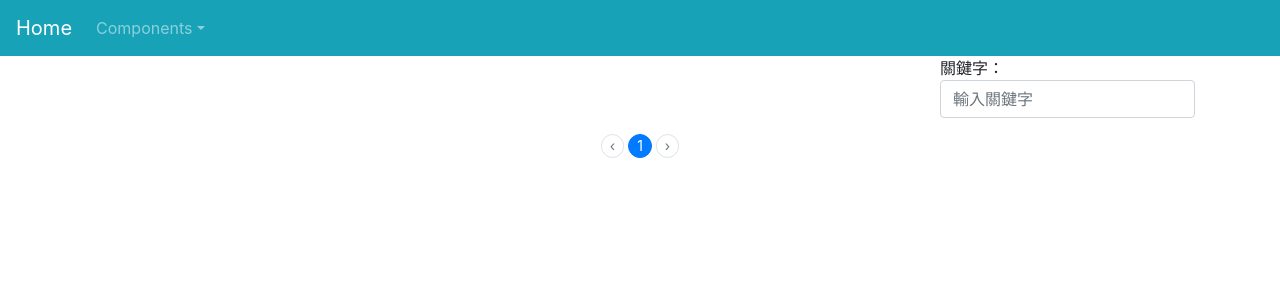
Repository: iian0910/bootstrapVue-demo
Page: /#/tablePagination
The author's editor kept a copy of each file at every save. The page is drawn from the files as they stood at one save, then again after the next save.
The browser window is 1280 px wide. The pictures show the whole page.
The page's requests for data from a server got no answer. The project was rebuilt for these pictures with package versions that can differ from the ones it lists, and the page was loaded fresh each time. No one was signed in, and anything a server would have sent is missing.

Above is the page before, as saved 2021-04-26 14:49:16.

After the next save:
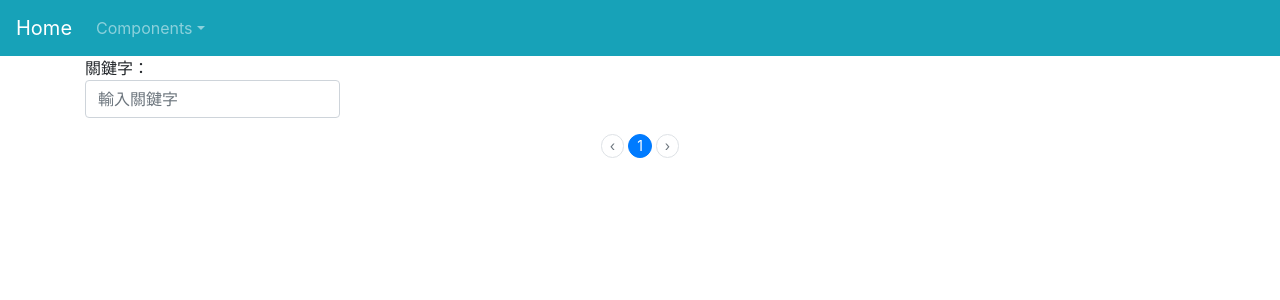
Saved 79 s later.
--- a/src/components/TablePagination.vue
+++ b/src/components/TablePagination.vue
@@ -2,7 +2,7 @@
   <div>
     <div class="container">
       <div class="row">
-        <div class="col-3 offset-9">
+        <div class="col-3 justify-content-end">
           關鍵字：<b-form-input
             v-model="filterText"
             type="text"
